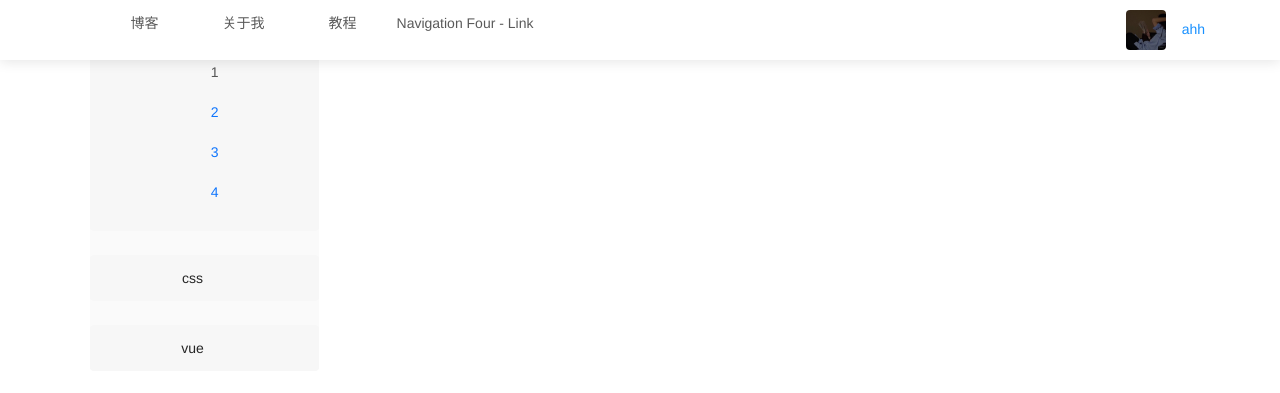
Repository: GitDjAr/blog
Page: /notes (app in myblog/)
An editor plug-in stored every save of this project. The page is shown before and after the next save, followed by the edit.
The browser window is 1280 px wide. The pictures show the whole page.
The project was rebuilt for these pictures with package versions that can differ from the ones it lists, and the page was loaded fresh each time. Also part of the build but not shown: myblog/webpack.config.js. Imported but missing from the stored project, and not drawn on this page: myblog/src/store/getters, myblog/src/views/about/about.

Above is the page before, as saved 2020-12-27 19:50:34.

After the next save:
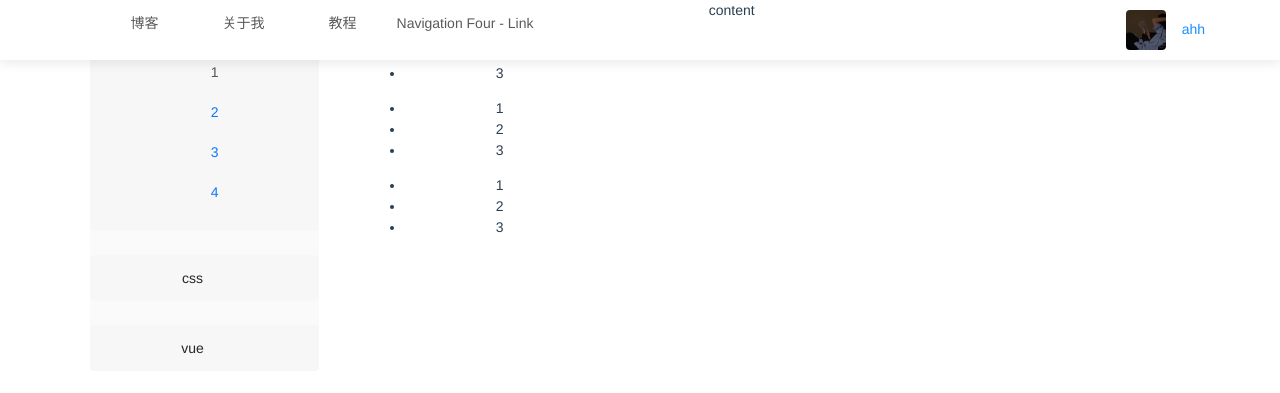
Saved 100 s later.
--- a/myblog/src/views/notes/notes.vue
+++ b/myblog/src/views/notes/notes.vue
@@ -27,9 +27,15 @@
         </div>
       </a-col>
       <a-col :span='24' :lg='{span:"10",offset:"1"}' :xl='{span:"16",offset:"1"}'>
-
+        content
       </a-col>
-      <a-col :span='0' :lg="{span:'6',offset:'1'}" :xl='{span:"5",offset:"1"}'></a-col>
+      <a-col :span='0' :lg="{span:'6',offset:'1'}" :xl='{span:"5",offset:"1"}'>
+        <div>
+          <ul v-for="(itme, index) in 3" :key="index">
+            <li v-for="(it2, idx2) in 3" :key="idx2">{{it2}}</li>
+          </ul>
+        </div>
+      </a-col>
     </a-row>
   </div>
 </template>
